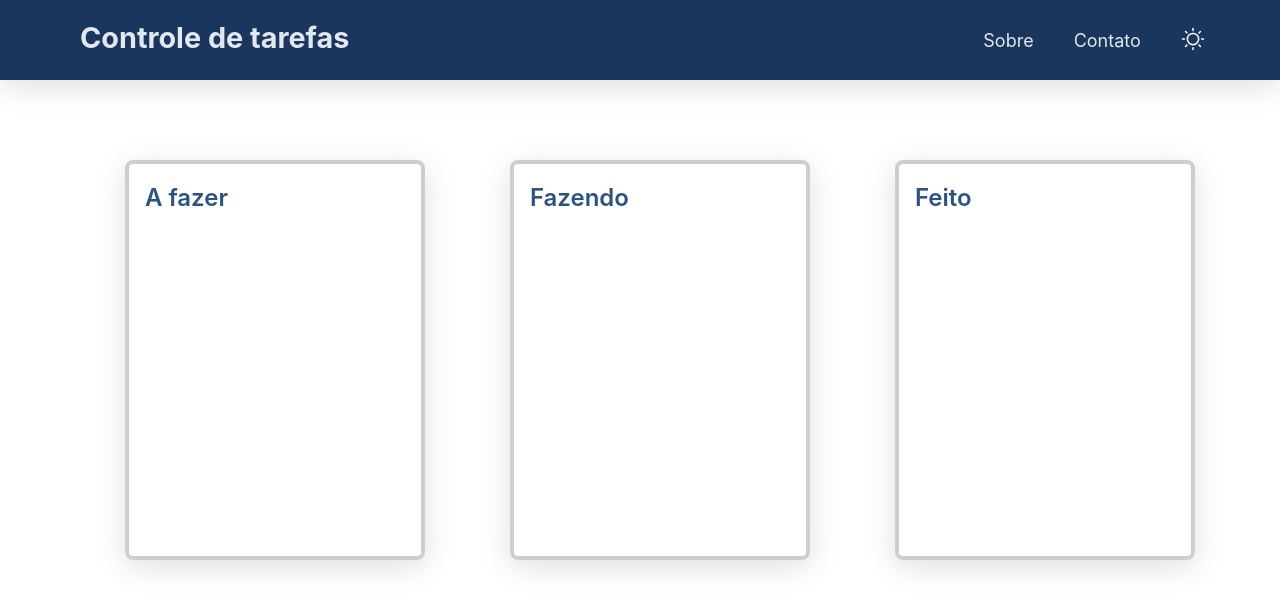
Repository: leosulzbach/Hackaton-Relampago
Page: /home (app in Front/)
The author's editor kept a copy of each file at every save. The page is drawn from the files as they stood at one save, then again after the next save.
The browser window is 1280 px wide. The pictures show the whole page.
The page's requests for data from a server got no answer. The project was rebuilt for these pictures with package versions that can differ from the ones it lists, and the page was loaded fresh each time. No one was signed in, and anything a server would have sent is missing. Also part of the build but not shown: Front/vite.config.ts.

Above is the page before, as saved 2022-11-07 16:13:53.

After the next save:
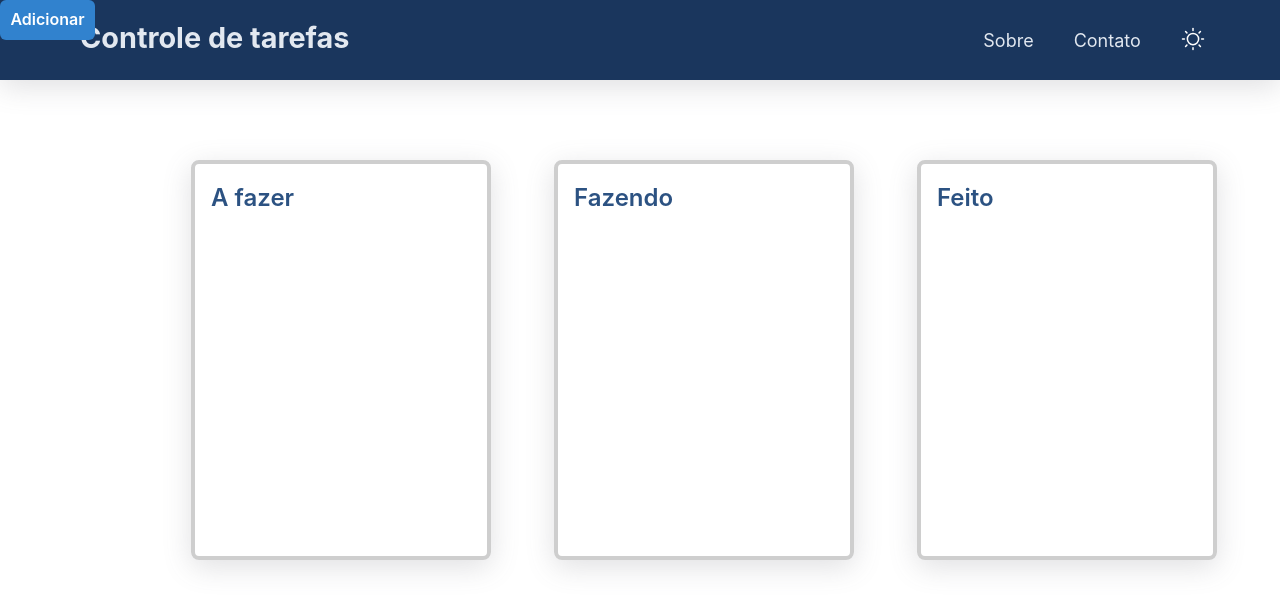
Saved 2 min 51 s later.
--- a/Front/src/Pages/home.tsx
+++ b/Front/src/Pages/home.tsx
@@ -1,4 +1,4 @@
-import { Box, Flex, Grid, Text } from '@chakra-ui/react'
+import { Box, Button, Flex, Grid, Text } from '@chakra-ui/react'
 import axios from 'axios';
 import { CalendarPlus } from 'phosphor-react';
 import { useEffect, useState } from 'react';
@@ -30,16 +30,7 @@ export const Home = () => {
 
         const [tarefa, settarefa] = useState<any>();
 
-        useEffect(() => {
 
-
-            setCadastroFilter(
-
-                CadastroList.filter(cadastro =>
-                    cadastro.descricao.toLowerCase().includes(tarefa) || cadastro.email.toLocaleLowerCase().includes(tarefa) || cadastro.prioridade.includes(tarefa) || cadastro.data_vencimento.includes(tarefa))
-            )
-
-        }, [tarefa])
 
 
         useEffect(() => {
@@ -54,8 +45,8 @@ export const Home = () => {
     return (
         <Flex>
             <Header />
+         <Button colorScheme='blue'>Adicionar</Button>
 
-            <CalendarPlus size={32} color="#0c0d0d" />
             <Grid
                 templateColumns='repeat(3, 1fr)'
                 ml={"6rem"}
